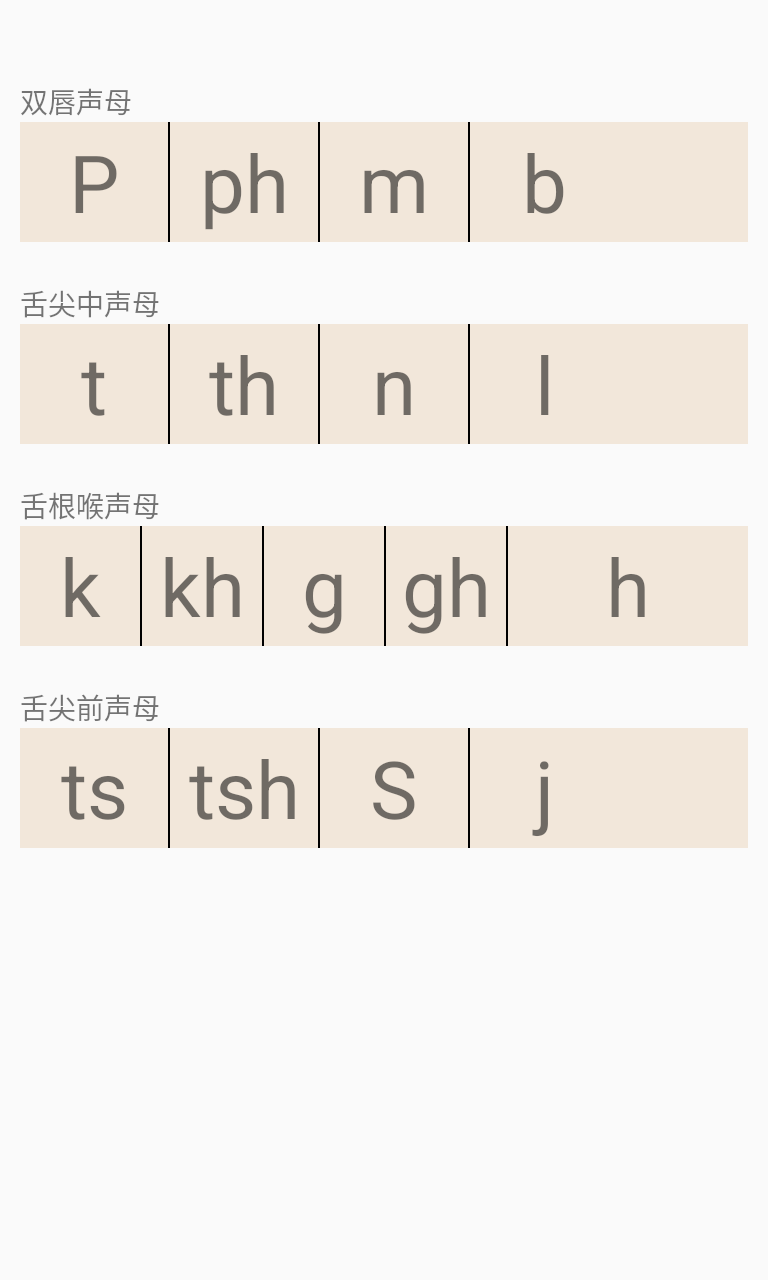
Repository: DIRONY/MinXue
Layout: MinXue/res/layout/shengmu_layout.xml
These files come from the project's save history. The layout is drawn as it stood at one moment and after the next save; the edit follows.
It is drawn on a 768 x 1280 px phone screen (xhdpi) without system bars, with theme AppTheme; the app's code is not run.

Above is the layout before, as saved 2014-12-03 13:30:14.

After the next save:
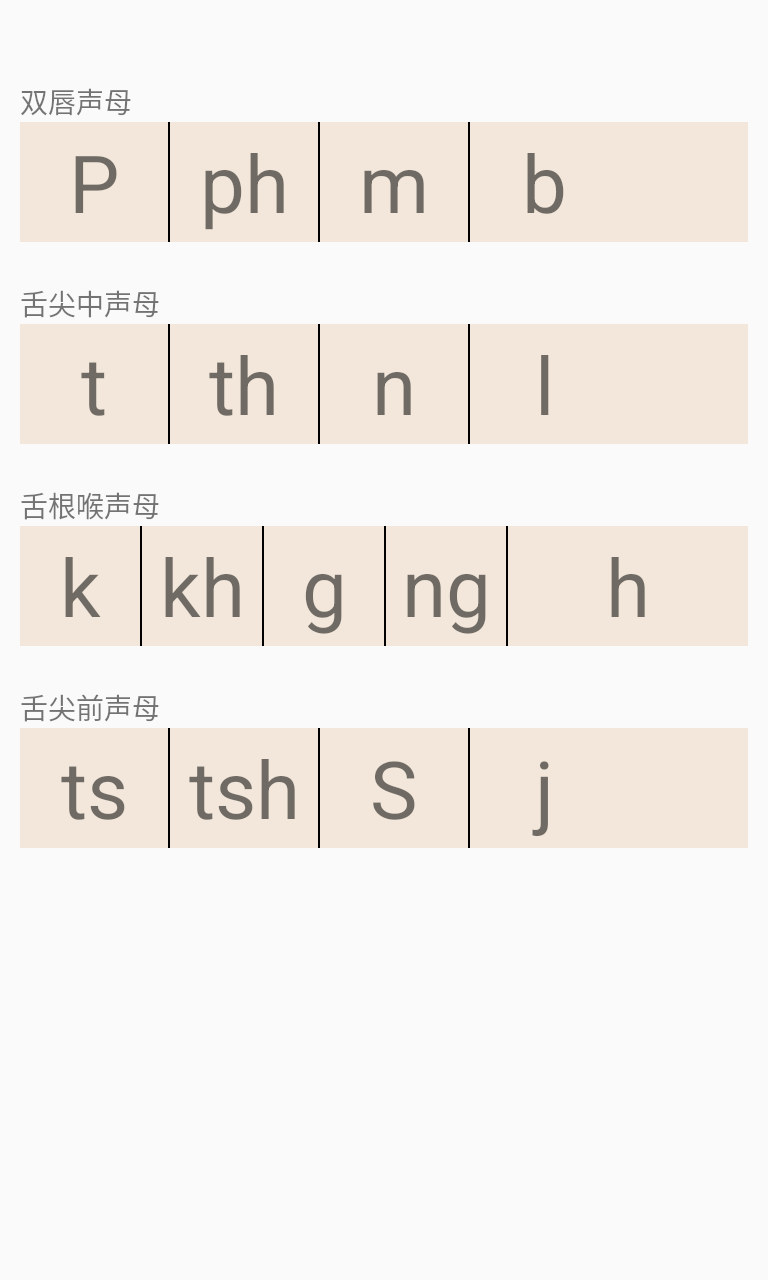
Saved 44 min 36 s later.
--- a/MinXue/res/layout/shengmu_layout.xml
+++ b/MinXue/res/layout/shengmu_layout.xml
@@ -189,11 +189,11 @@
             android:background="@android:color/black" />
 
         <TextView
-            android:id="@+id/gh"
-            android:layout_width="60dp"
-            android:layout_height="match_parent"
-            android:gravity="center"
-            android:text="gh"
+            android:id="@+id/ng"
+            android:layout_width="60dp"
+            android:layout_height="match_parent"
+            android:gravity="center"
+            android:text="ng"
             android:textSize="40sp" />
 
         <View
